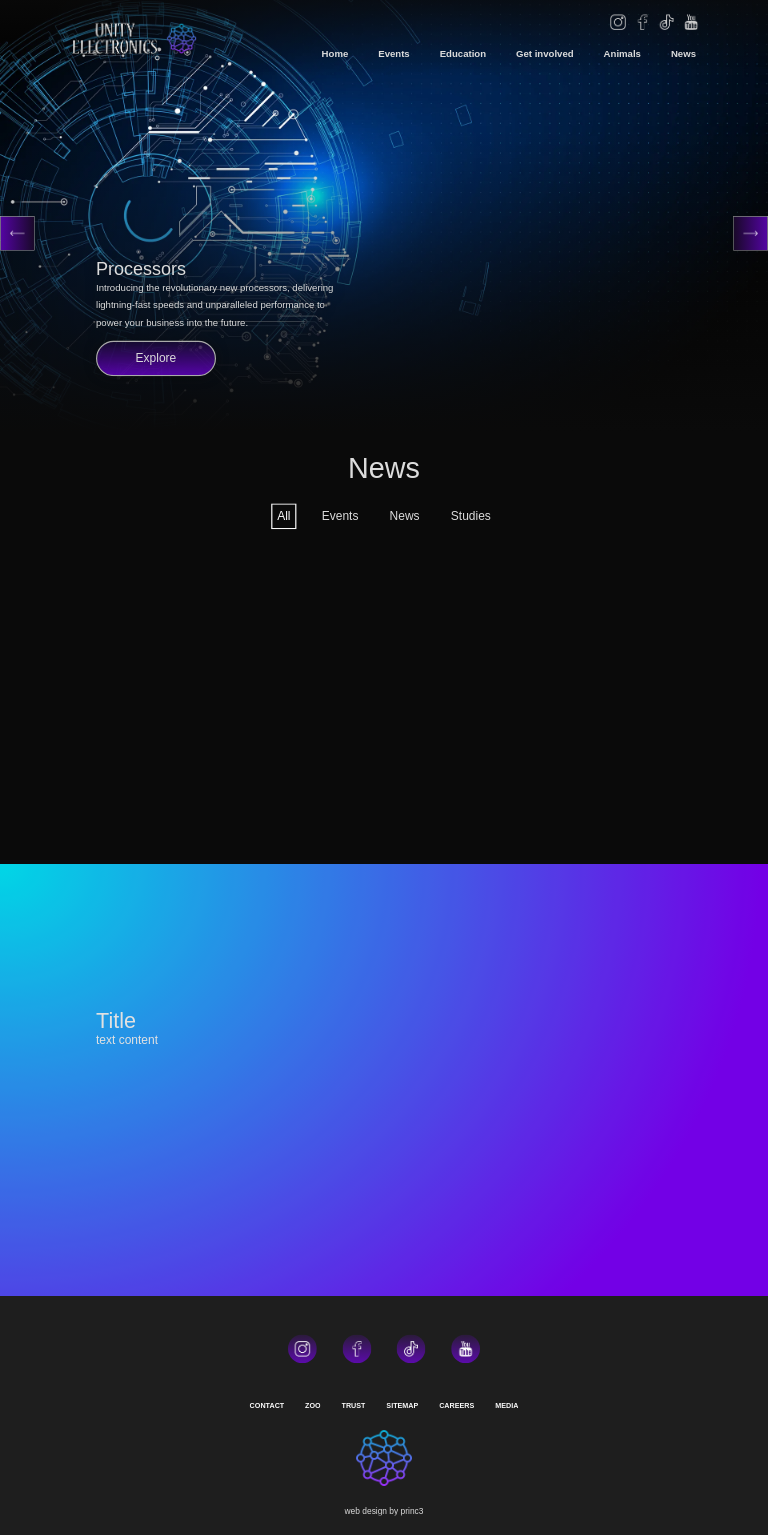
Repository: princ3-web/five
Page: /
These files come from the project's save history. The page is drawn as it stood at one moment and after a run of saves; the edit follows.
The browser window is 1280 px wide. The pictures show the whole page, at 60% of full size.
An inner scrolling area shows only its first screen. The project was rebuilt for these pictures with package versions that can differ from the ones it lists, and the page was loaded fresh each time. Also part of the build but not shown: src/css/subpage.module.css, src/pages/Events.jsx, src/pages/Education.jsx, src/pages/Membership.jsx, src/pages/Animals.jsx, src/pages/News.jsx, src/pages/Support.jsx.

Above is the page before, as saved 2023-05-08 18:59:05.

After the next 2 saves:
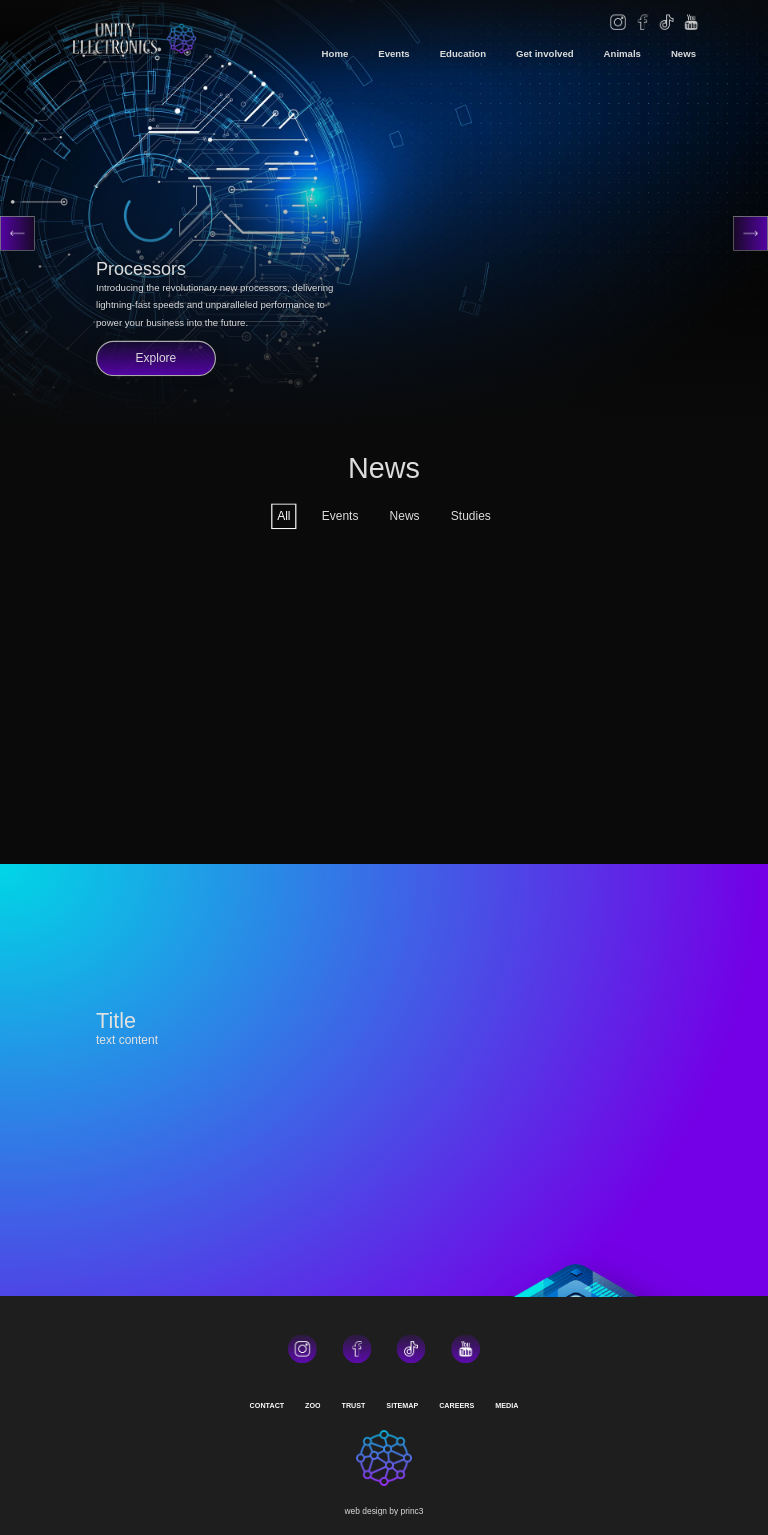
The 2 saves are shown as one change because they came seconds apart.
The last was saved 7 s later.
--- a/src/components/Objectscroller.jsx
+++ b/src/components/Objectscroller.jsx
@@ -28,7 +28,7 @@ const Objectscroller = () => {
         <img
           className={objectscroller.image}
           style={{
-            translate: "0px " + (- scrollPos/2 + 600 + "px").toString(),
+            translate: "0px " + (- scrollPos/3 + 400 + "px").toString(),
           }}
           src={require("../assets/images/object1.png")}
           alt=""
